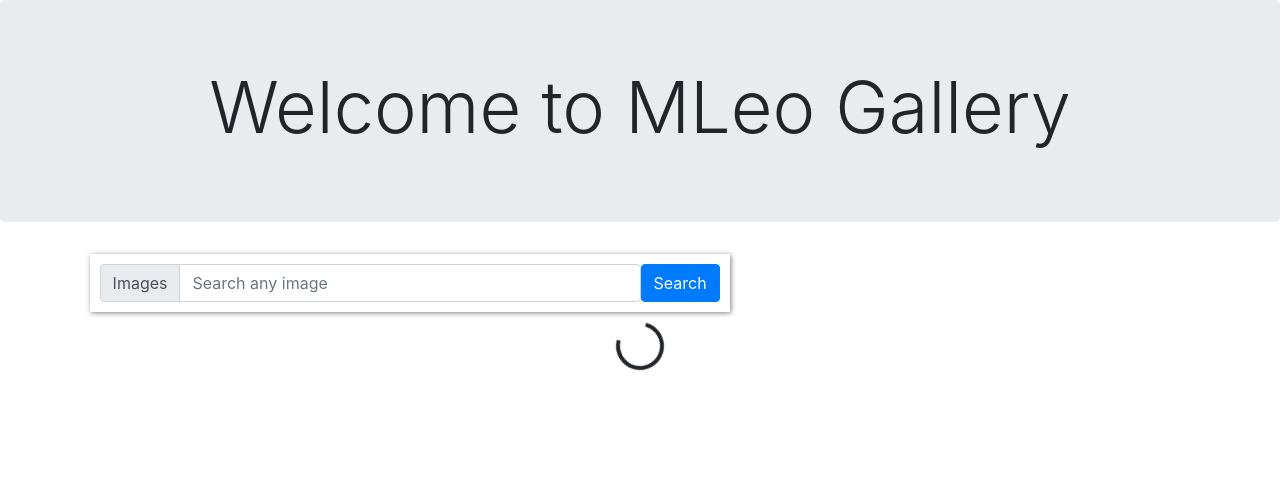
Repository: the-manohar/gallery
Page: /
The author's editor kept a copy of each file at every save. The page is drawn from the files as they stood at one save, then again after the next save.
The browser window is 1280 px wide. The pictures show the whole page.
The project was rebuilt for these pictures with package versions that can differ from the ones it lists, and the page was loaded fresh each time.

Above is the page before, as saved 2020-06-18 23:20:22.

After the next save:
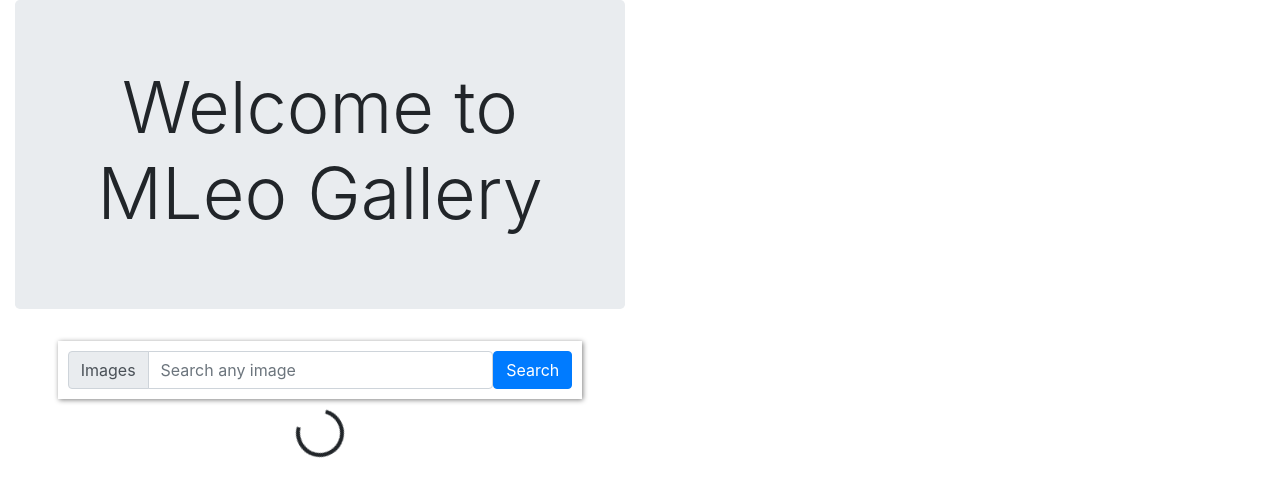
Saved 18 s later.
--- a/src/App.js
+++ b/src/App.js
@@ -24,11 +24,11 @@ function App() {
       });
   };
   return (
-    <div className="App">
+    <div className="App col-sm-6">
       <Jumbotron>
         <h1 className="display-3">Welcome to MLeo Gallery</h1>
       </Jumbotron>
-      <div className="mydiv col-sm-6">
+      <div className="mydiv ">
         {/* <span>Search</span> */}
         <InputGroup>
           <InputGroupAddon addonType="prepend">
